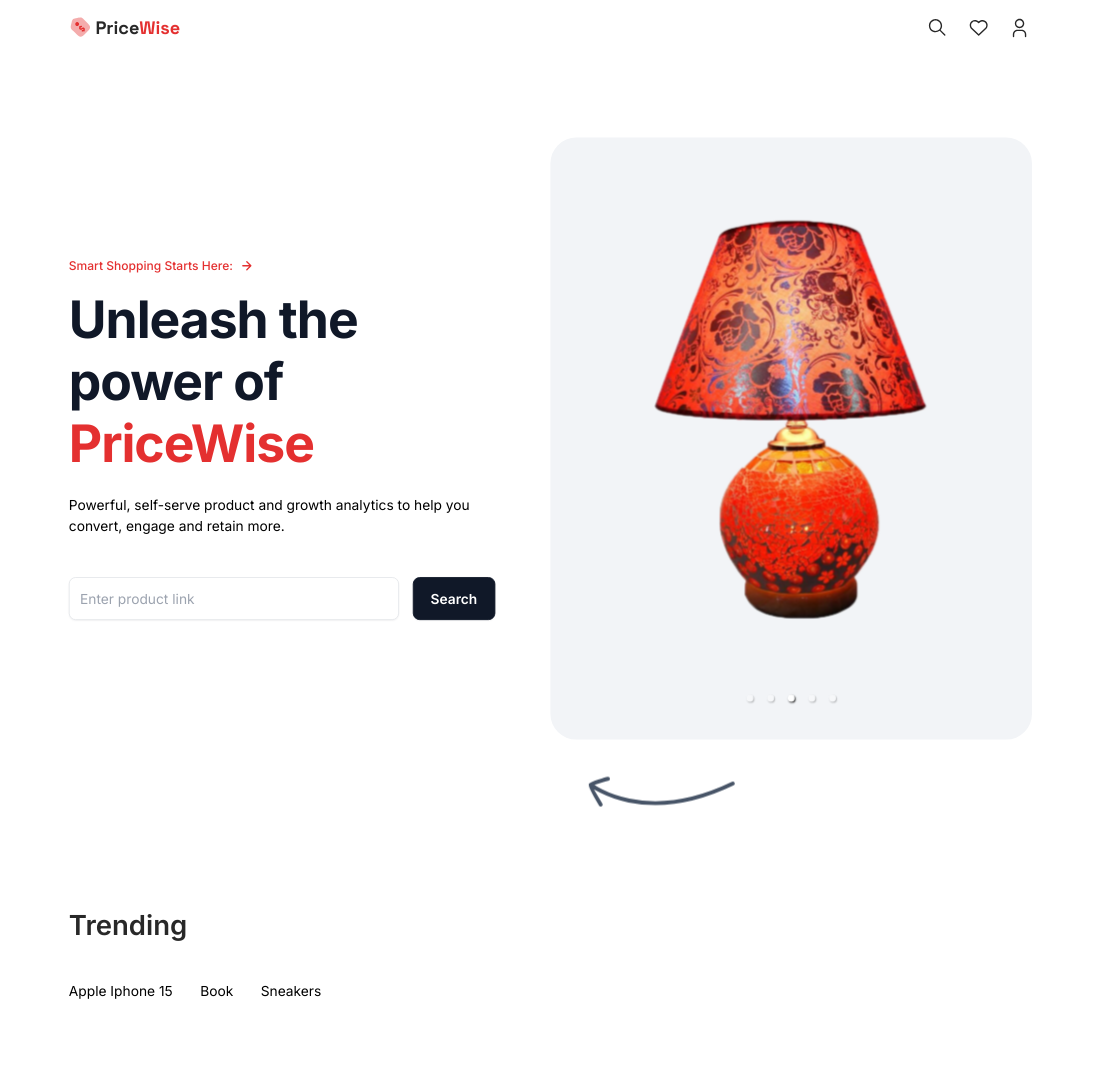
Repository: SahasT23/pricewise
Page: /
The author's editor kept a copy of each file at every save. The page is drawn from the files as they stood at one save, then again after a run of saves.
The browser window is 1280 px wide. The pictures show the whole page, at 86% of full size.
The project was rebuilt for these pictures with package versions that can differ from the ones it lists, and the page was loaded fresh each time. The framework's server and built-in components were replaced by stand-ins that run in the browser. Also part of the build but not shown: next.config.js, next.config.mjs.

Above is the page before, as saved 2024-01-20 18:42:47.

After the next 2 saves:
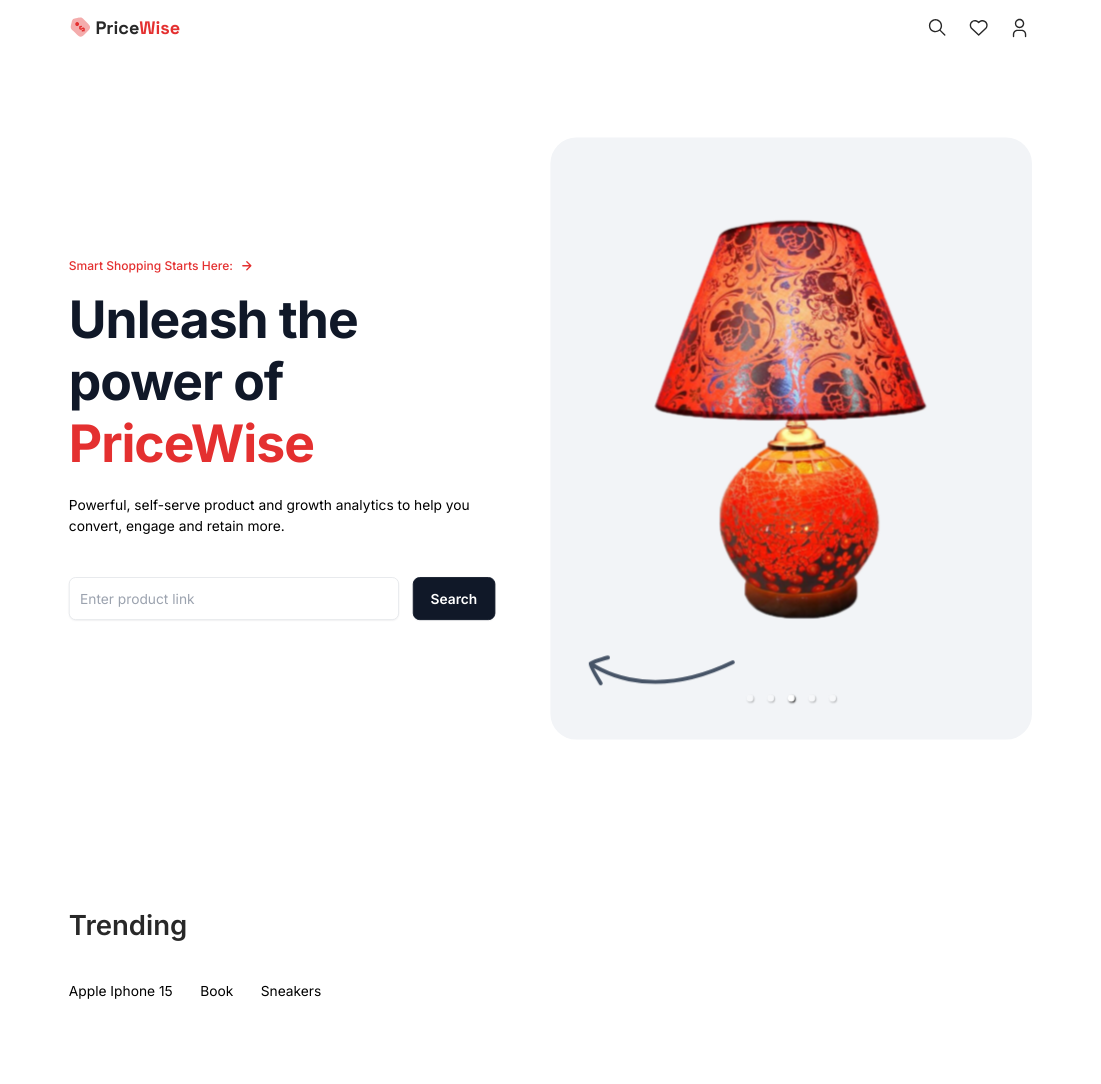
The 2 saves are shown as one change because they came seconds apart.
The last was saved 17 s later.
--- a/components/HeroCarousel.tsx
+++ b/components/HeroCarousel.tsx
@@ -41,7 +41,7 @@
             alt="arrow"
             width={175}
             height={175}
-            className="max-xl:hidden absolute -leftl-[15%]"
+            className="max-xl:hidden absolute -leftl-[15%] bottom-0"
         />
     </div>
   )
